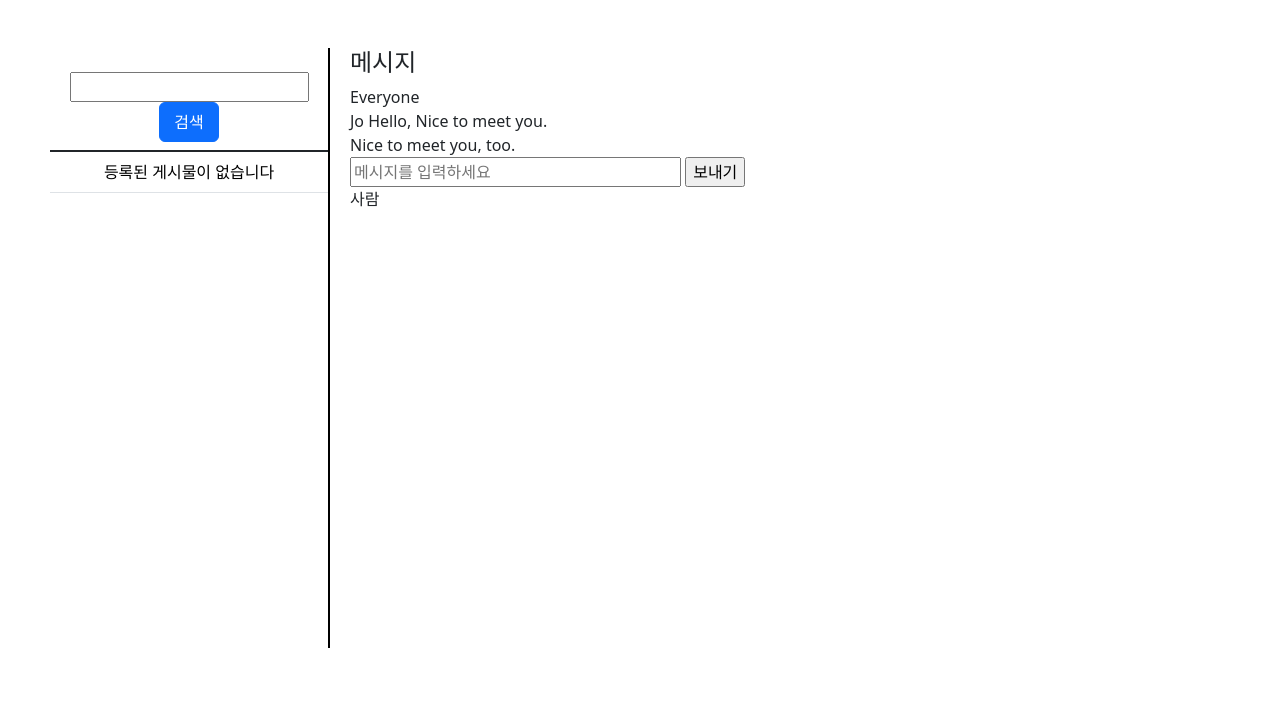
Repository: KimDongGyuu/final
Page: http://localhost/aceworks/WEB-INF/views/message/messageMain.jsp
An editor plug-in stored every save of this project. The page is shown before and after the next save, followed by the edit.
The browser window is 1280 px wide. The pictures show the whole page.
The page is served by Tomcat 9. Nobody is signed in. Other server files are loaded and not shown. The template is opened directly, without the code that normally fills it, so the values that code supplies are empty.

Above is the page before, as saved 2024-03-26 08:44:21.

### aceworks/src/main/webapp/WEB-INF/views/message/messageMain.jsp
<%@ page language="java" contentType="text/html; charset=UTF-8"
	pageEncoding="UTF-8"%>
<%@ include file="/WEB-INF/views/include/style.jsp"%>
<%@ taglib uri="http://java.sun.com/jsp/jstl/core" prefix="c"%>
<!DOCTYPE html>
<html>
<head>
<meta charset="UTF-8">
<title>Insert title here</title>
<style>
#left {
	width: 280px;
	height: 600px;
	float: left;
	border-right: 2px solid black;
	margin-left: 50px;
}

#right {
	width: 900px;
	height: 600px;
	margin-left: 350px;
}

#bt {
	width: 60px;
	height: 40px;
}
</style>
</head>
<body>
	<div>
		<div id="left">
			<div class="mt-3">
				<table width="200" cellspacing="0" class="table table-hover">
					<thead>
						<tr align="center">
							<th scope="col"><input type="text" name="memberSearch">
								<button id="bt" type="button" class="btn btn btn-primary">검색</button></th>
						</tr>
					</thead>

					<tbody class="table-group-divider">
						<c:if test="${empty allMemberList }">
							<tr>
								<td colspan="5" align="center">등록된 게시물이 없습니다</td>
							</tr>
						</c:if>

						<c:forEach var="allMemberList" items="${allMemberList }">
							<tr class="text-center">
								<th scope="row">${allMemberList.name}</th>
							</tr>
						</c:forEach>
					</tbody>
				</table>
			</div>
		</div>

		<div id="right">
		<div class="mt-5 mb-2"><span class="h4">메시지</span></div>
		 <div id="chatWrap">
            <div id="chatHeader">Everyone</div>
            <div id="chatLog">
                <div class="anotherMsg">
                    <span class="anotherName">Jo</span>
                    <span class="msg">Hello, Nice to meet you.</span>
                </div>
                <div class="myMsg">
                    <span class="msg">Nice to meet you, too.</span>
                </div>
            </div>
            <form id="chatForm">
                <input type="text" autocomplete="off" size="30" id="message" placeholder="메시지를 입력하세요">
                <input type="submit" value="보내기">
            </form>
        </div>
        <div id="memberWrap">
            <div id="memberList">
                <div id="memberHeader">사람</div>
                <div id="memberSelect"></div>
            </div>
        </div>
    </div>


		</div>

	</div>
</body>
</html>

### aceworks/src/main/webapp/WEB-INF/views/include/style.jsp
<%@ page language="java" contentType="text/html; charset=UTF-8"
    pageEncoding="UTF-8"%>
<!DOCTYPE html>
<html>
<head>
<meta charset="UTF-8">
<title>Insert title here</title>
<link
   href="https://cdn.jsdelivr.net/npm/bootstrap@5.3.3/dist/css/bootstrap.min.css"
   rel="stylesheet"
   integrity="sha384-QWTKZyjpPEjISv5WaRU9OFeRpok6YctnYmDr5pNlyT2bRjXh0JMhjY6hW+ALEwIH"
   crossorigin="anonymous">
<script
   src="https://cdn.jsdelivr.net/npm/bootstrap@5.3.3/dist/js/bootstrap.bundle.min.js"
   integrity="sha384-YvpcrYf0tY3lHB60NNkmXc5s9fDVZLESaAA55NDzOxhy9GkcIdslK1eN7N6jIeHz"
   crossorigin="anonymous"></script>
<script
   src="https://cdn.jsdelivr.net/npm/@popperjs/core@2.11.8/dist/umd/popper.min.js"
   integrity="sha384-I7E8VVD/ismYTF4hNIPjVp/Zjvgyol6VFvRkX/vR+Vc4jQkC+hVqc2pM8ODewa9r"
   crossorigin="anonymous"></script>
<script
   src="https://cdn.jsdelivr.net/npm/bootstrap@5.3.3/dist/js/bootstrap.min.js"
   integrity="sha384-0pUGZvbkm6XF6gxjEnlmuGrJXVbNuzT9qBBavbLwCsOGabYfZo0T0to5eqruptLy"
   crossorigin="anonymous"></script>
</head>
<body>

</body>
</html>

After the next save:
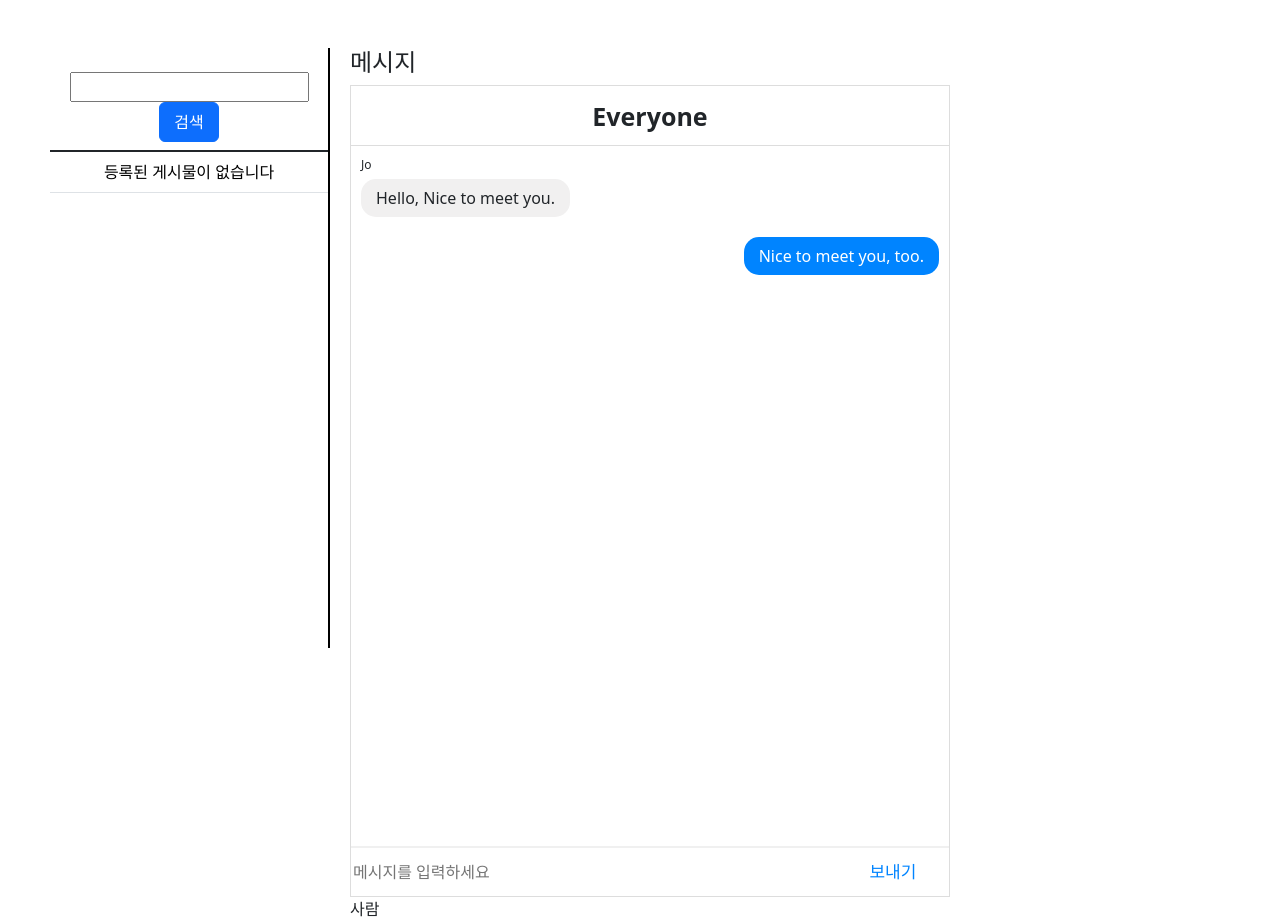
Saved 76 s later.
--- a/aceworks/src/main/webapp/WEB-INF/views/message/messageMain.jsp
+++ b/aceworks/src/main/webapp/WEB-INF/views/message/messageMain.jsp
@@ -25,6 +25,86 @@
 #bt {
 	width: 60px;
 	height: 40px;
+}
+
+
+#chatWrap {
+    width: 600px;
+    border: 1px solid #ddd;
+}
+
+#chatHeader {
+    height: 60px;
+    text-align: center;
+    line-height: 60px;
+    font-size: 25px;
+    font-weight: 900;
+    border-bottom: 1px solid #ddd;
+}
+
+#chatLog {
+    height: 700px;
+    overflow-y: auto;
+    padding: 10px;
+}
+
+.myMsg {
+    text-align: right;
+}
+
+.anotherMsg {
+    text-align: left;
+    margin-bottom: 5px;
+}
+
+.msg {
+    display: inline-block;
+    border-radius: 15px;
+    padding: 7px 15px;
+    margin-bottom: 10px;
+    margin-top: 5px;
+
+}
+
+.anotherMsg > .msg {
+    background-color: #f1f0f0;
+
+}
+
+.myMsg > .msg {
+    background-color: #0084FF;
+    color: #fff;
+}
+
+.anotherName {
+    font-size: 12px;
+    display: block;
+}
+
+#chatForm {
+    display: block;
+    width: 100%;
+    height: 50px;
+    border-top: 2px solid #f0f0f0;
+}
+
+#message {
+    width: 85%;
+    height: calc(100% - 1px);
+    border: none;
+    padding-bottom: 0;
+}
+
+#message:focus {
+    outline: none;
+}
+
+#chatForm > input[type=submit] {
+    outline: none;
+    border: none;
+    background: none;
+    color: #0084FF;
+    font-size: 17px;
 }
 </style>
 </head>
